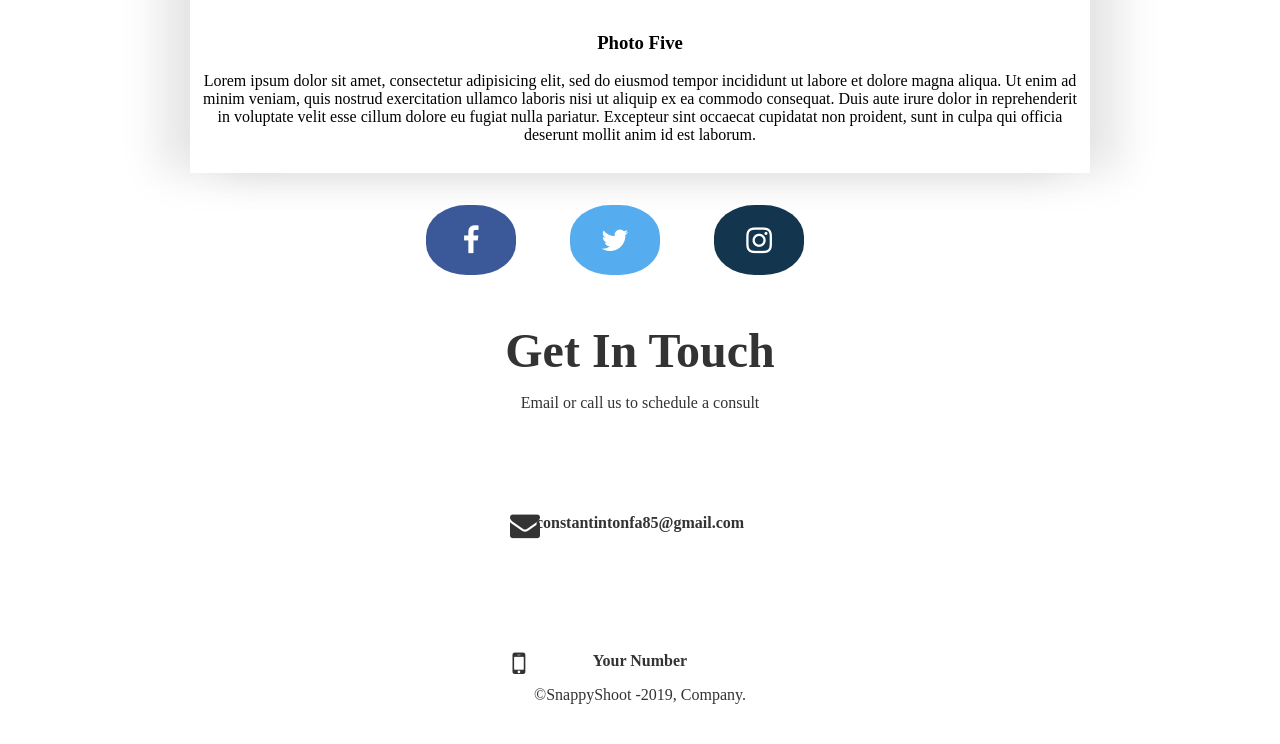
Repository: konstantin0s/mobile-photography
Page: index.html
An editor plug-in stored every save of this project. The page is shown before and after the next save, followed by the edit.
The browser window is 1280 px wide. The pictures show the part of the page from y = 4062 to 4806 px (the page is 4806 px tall).

Above is the page before, as saved 2019-05-16 20:21:53.

After the next save:
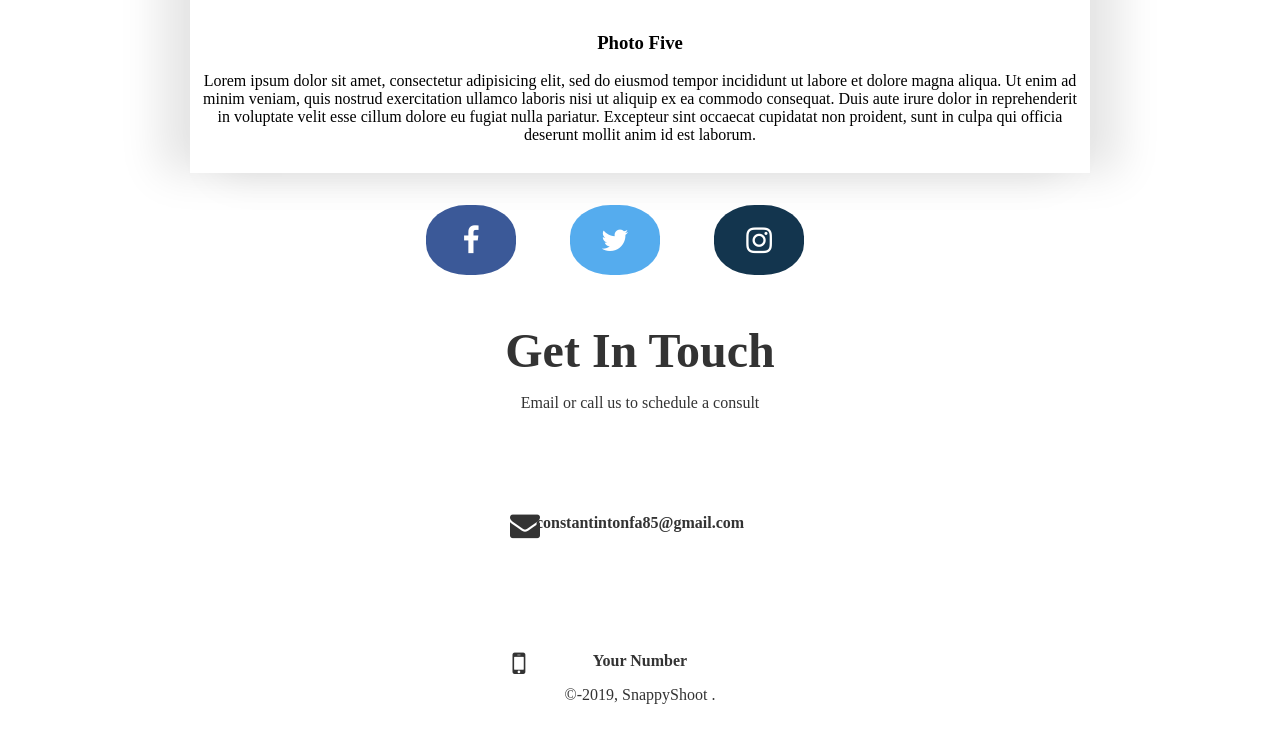
Saved 22 s later.
--- a/index.html
+++ b/index.html
@@ -95,7 +95,7 @@
     <i class="fa fa-mobile fa-5x" aria-hidden="true"></i>
      <p> <strong>Your Number</strong></p>
  </div>
- &copy;SnappyShoot <script>new Date().getFullYear()>2010&&document.write("-"+new Date().getFullYear());</script>, Company.
+ &copy;<script>new Date().getFullYear()>2010&&document.write("-"+new Date().getFullYear());</script>, SnappyShoot .
 </footer>
 <script
 src="https://code.jquery.com/jquery-3.3.1.min.js"
